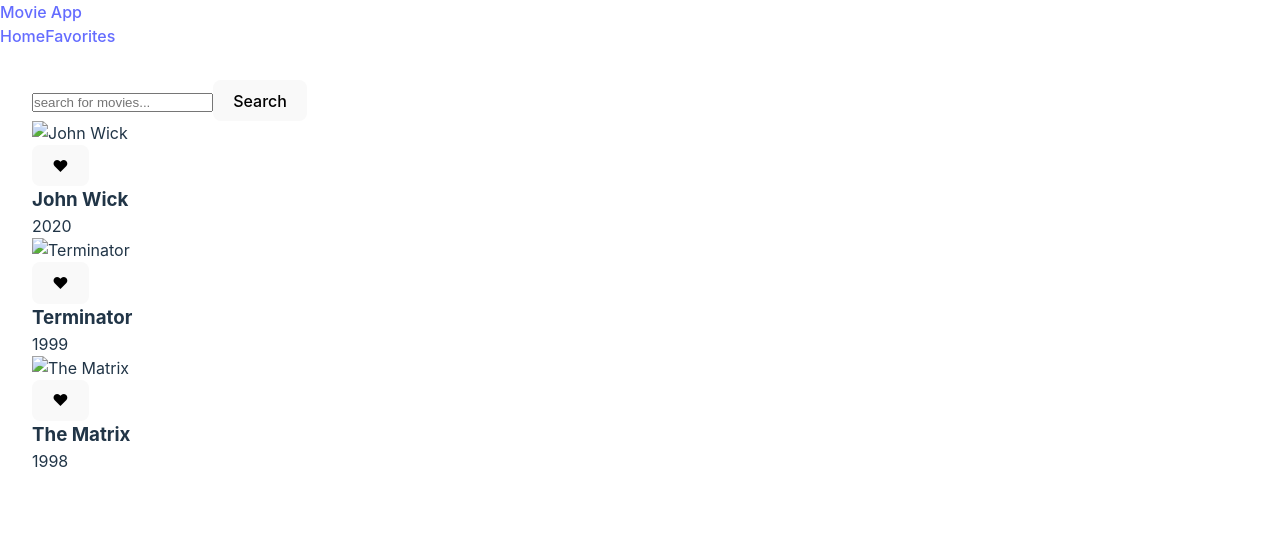
Repository: gogg23/movie-app
Page: / (app in movie app/)
These files come from the project's save history. The page is drawn as it stood at one moment and after a run of saves; the edit follows.
The browser window is 1280 px wide. The pictures show the whole page.
The project was rebuilt for these pictures with package versions that can differ from the ones it lists, and the page was loaded fresh each time. Also part of the build but not shown: movie app/vite.config.js, movie app/src/pages/Favorites.jsx.

Above is the page before, as saved 2025-02-22 11:56:25.

After the next 6 saves:
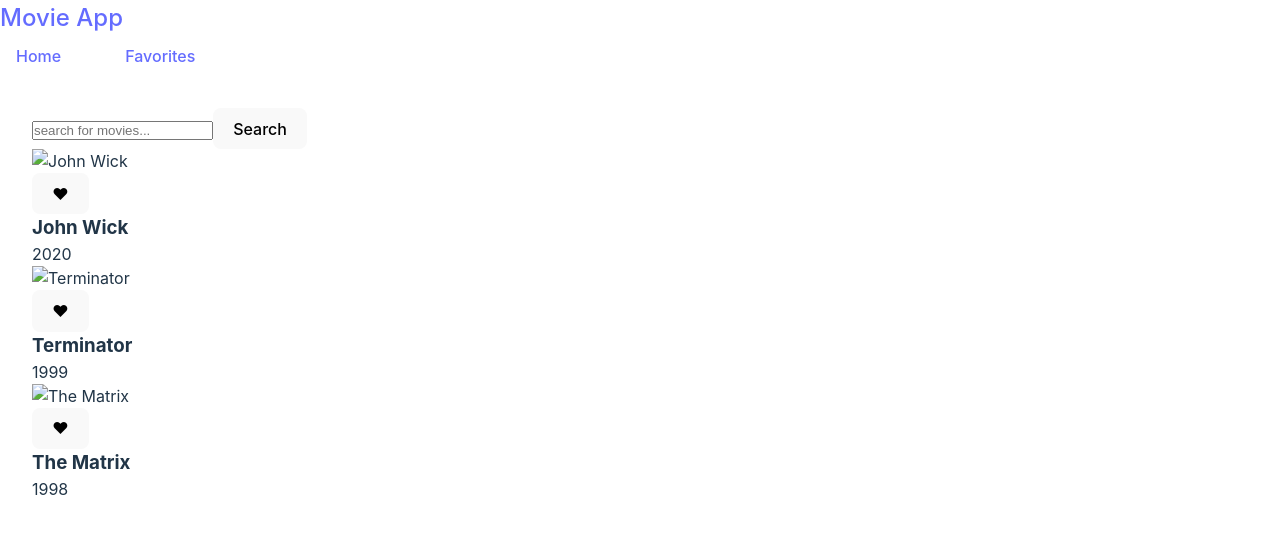
The 6 saves are shown as one change because 5 did not build or start.
The last was saved 111 min 13 s later.
--- a/movie app/src/components/NavBar.jsx
+++ b/movie app/src/components/NavBar.jsx
@@ -1,5 +1,6 @@
 import React from 'react';
 import { Link } from 'react-router-dom';
+import '../css/Navbar.css';
 
 function NavBar() {
   return (
